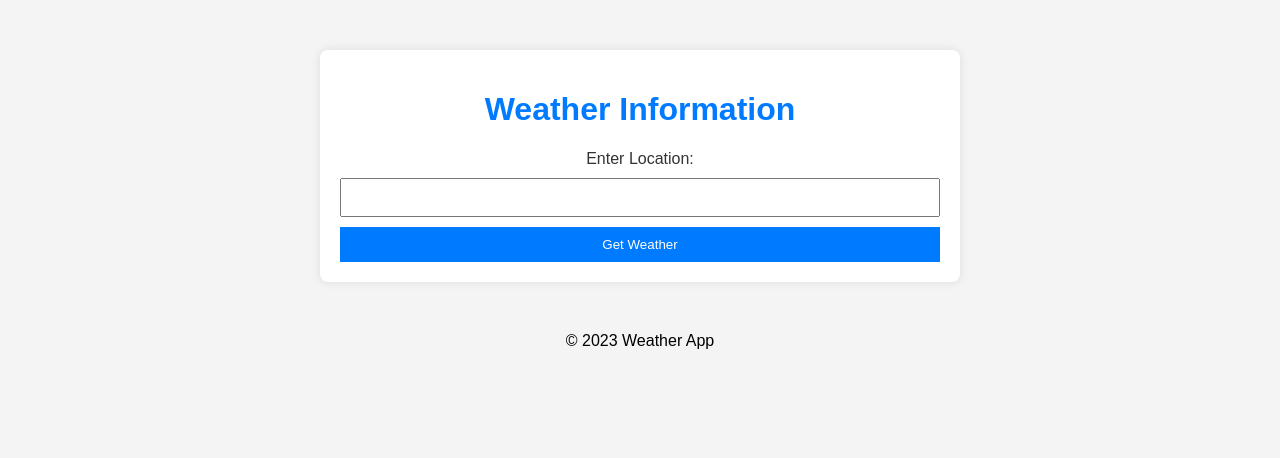
Repository: muke2110/weather
Page: http://localhost/
An editor plug-in stored every save of this project. The page is shown before and after the next save, followed by the edit.
The browser window is 1280 px wide. The pictures show the whole page.
The page is served by the project's Node server (app.js).

Above is the page before, as saved 2023-12-08 19:30:40.

After the next save:
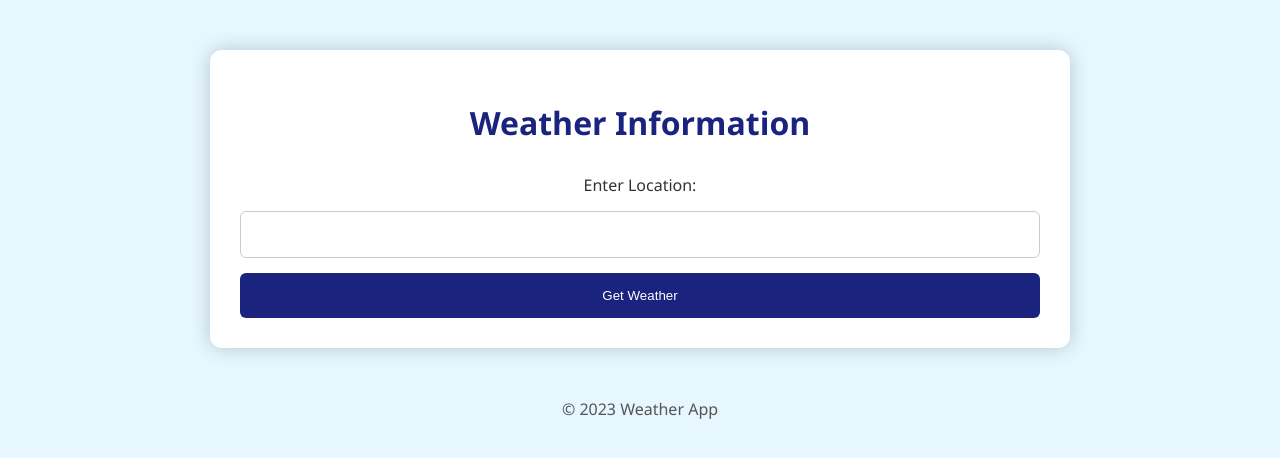
Saved 11 s later.
--- a/public/styles.css
+++ b/public/styles.css
@@ -1,69 +1,73 @@
 /* styles.css */
 
 body {
-    font-family: Arial, sans-serif;
+    font-family: 'Segoe UI', Tahoma, Geneva, Verdana, sans-serif; /* Changed font-family */
     margin: 0;
     padding: 0;
-    background-color: #f4f4f4;
+    background-color: #e6f7ff; /* Light blue background */
 }
 
 .container {
-    max-width: 600px;
+    max-width: 800px; /* Increased max-width for a more spacious feel */
     margin: 50px auto;
     background-color: #fff;
-    padding: 20px;
-    border-radius: 8px;
-    box-shadow: 0 0 10px rgba(0, 0, 0, 0.1);
+    padding: 30px;
+    border-radius: 12px; /* Rounded corners */
+    box-shadow: 0 0 20px rgba(0, 0, 0, 0.2);
 }
 
 h1 {
     text-align: center;
-    color: #007bff; /* Changed color to a blue shade */
+    color: #1a237e; /* Dark blue color */
 }
 
 form {
     display: flex;
     flex-direction: column;
     align-items: center;
-    margin-top: 20px; /* Added margin-top for better spacing */
+    margin-top: 30px; /* Increased margin-top for better spacing */
 }
 
 label {
-    margin-bottom: 10px;
+    margin-bottom: 15px; /* Increased margin for better spacing */
     color: #333;
 }
 
 input {
-    padding: 10px;
-    margin-bottom: 10px;
-    width: 100%; /* Make the input take full width */
-    box-sizing: border-box; /* Include padding and border in the width */
+    padding: 15px;
+    margin-bottom: 15px;
+    width: 100%;
+    box-sizing: border-box;
+    border: 1px solid #ccc; /* Added a subtle border */
+    border-radius: 6px; /* Rounded input corners */
 }
 
 button {
-    padding: 10px;
-    background-color: #007bff;
+    padding: 15px;
+    background-color: #1a237e; /* Dark blue button color */
     color: #fff;
     border: none;
     cursor: pointer;
     transition: background-color 0.3s;
-    width: 100%; /* Make the button take full width */
-    box-sizing: border-box; /* Include padding and border in the width */
+    width: 100%;
+    box-sizing: border-box;
+    border-radius: 6px; /* Rounded button corners */
 }
 
 button:hover {
-    background-color: #0056b3;
+    background-color: #0d47a1; /* Darker blue on hover */
 }
 
 #weatherResult {
-    margin-top: 20px;
-    padding: 20px;
-    border: 1px solid #ddd;
-    border-radius: 8px;
-    background-color: #f9f9f9;
+    margin-top: 30px;
+    padding: 30px;
+    border: 1px solid #ccc;
+    border-radius: 12px;
+    background-color: #f0f8ff; /* Lighter blue background */
 }
 
 footer {
     text-align: center;
-    margin-top: 20px; /* Adjust as needed for spacing between content and footer */
+    margin-top: 30px;
+    color: #555; /* Dark gray text color */
 }
